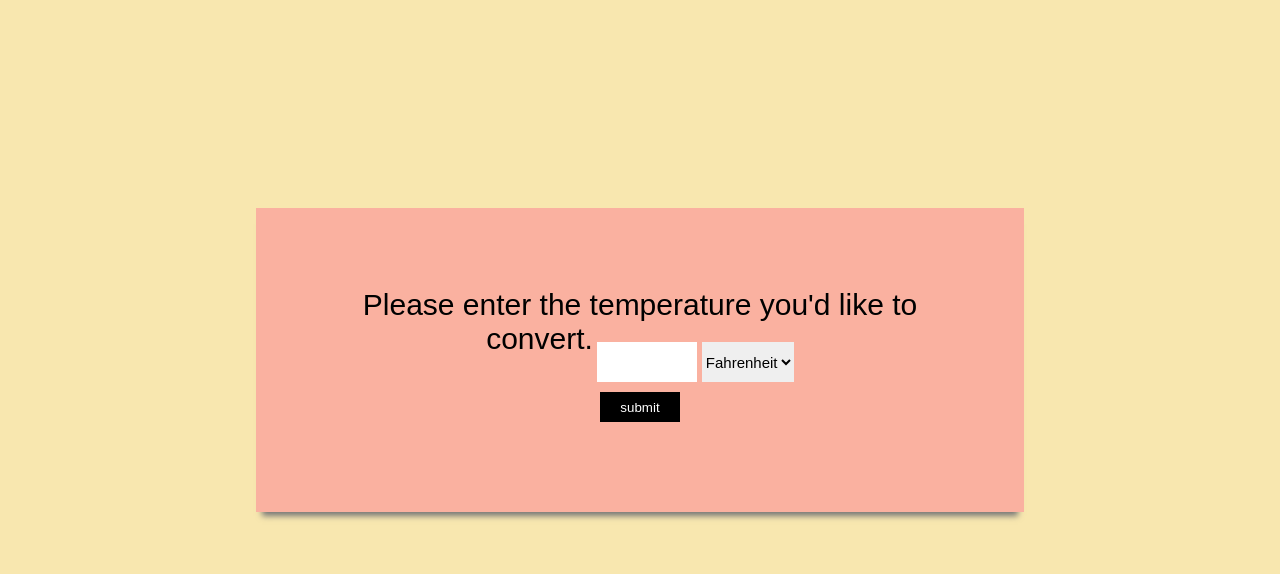
Repository: Mayur2905/OIBSIP
Page: Task-4/index.html
An editor plug-in stored every save of this project. The page is shown before and after the next save, followed by the edit.
The browser window is 1280 px wide. The pictures show the whole page.

Above is the page before, as saved 2022-02-03 23:11:08.

After the next save:
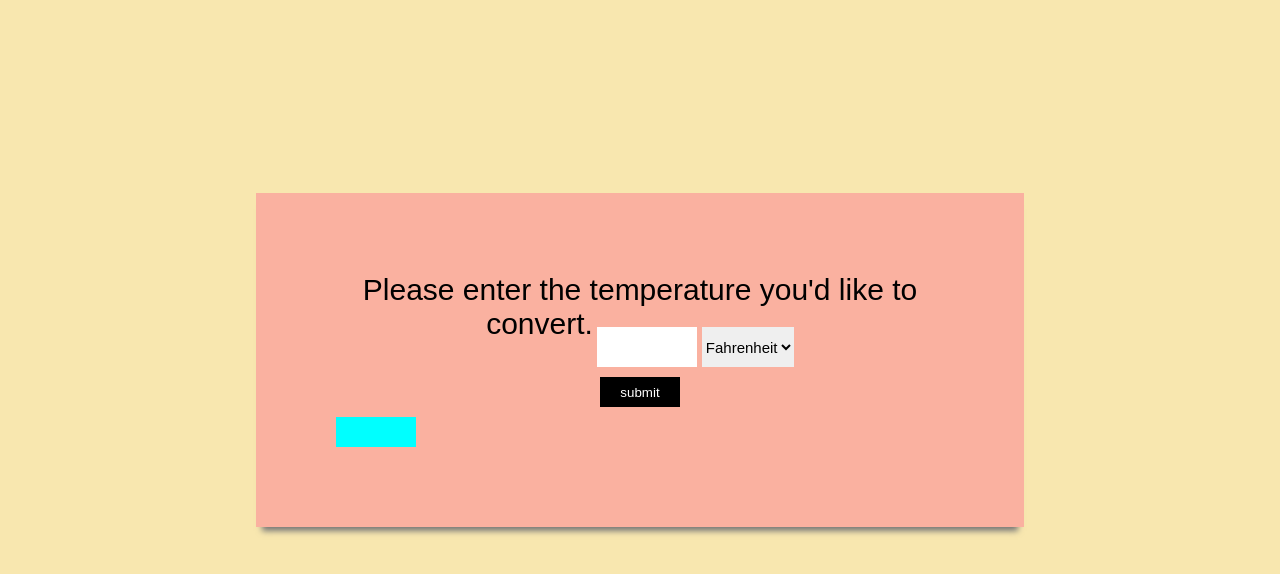
Saved 48 s later.
--- a/Task-4/style.css
+++ b/Task-4/style.css
@@ -55,4 +55,7 @@
 #result {
   font-size: 15px;
   font-weight: 600;
+  height: 30px;
+  width: 80px;
+  background-color: aqua;
 }

After the 2 saves that followed:
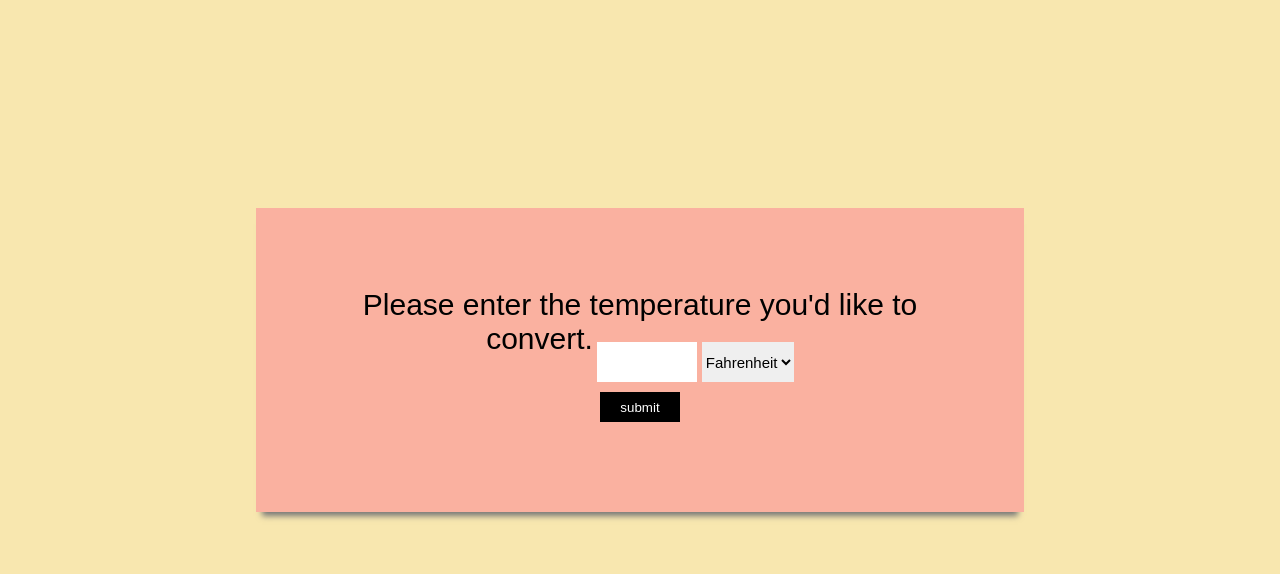
The 2 saves are shown as one change because 1 left the picture as it was.
The last was saved 44 s later.
--- a/Task-4/style.css
+++ b/Task-4/style.css
@@ -55,7 +55,4 @@
 #result {
   font-size: 15px;
   font-weight: 600;
-  height: 30px;
-  width: 80px;
-  background-color: aqua;
 }
